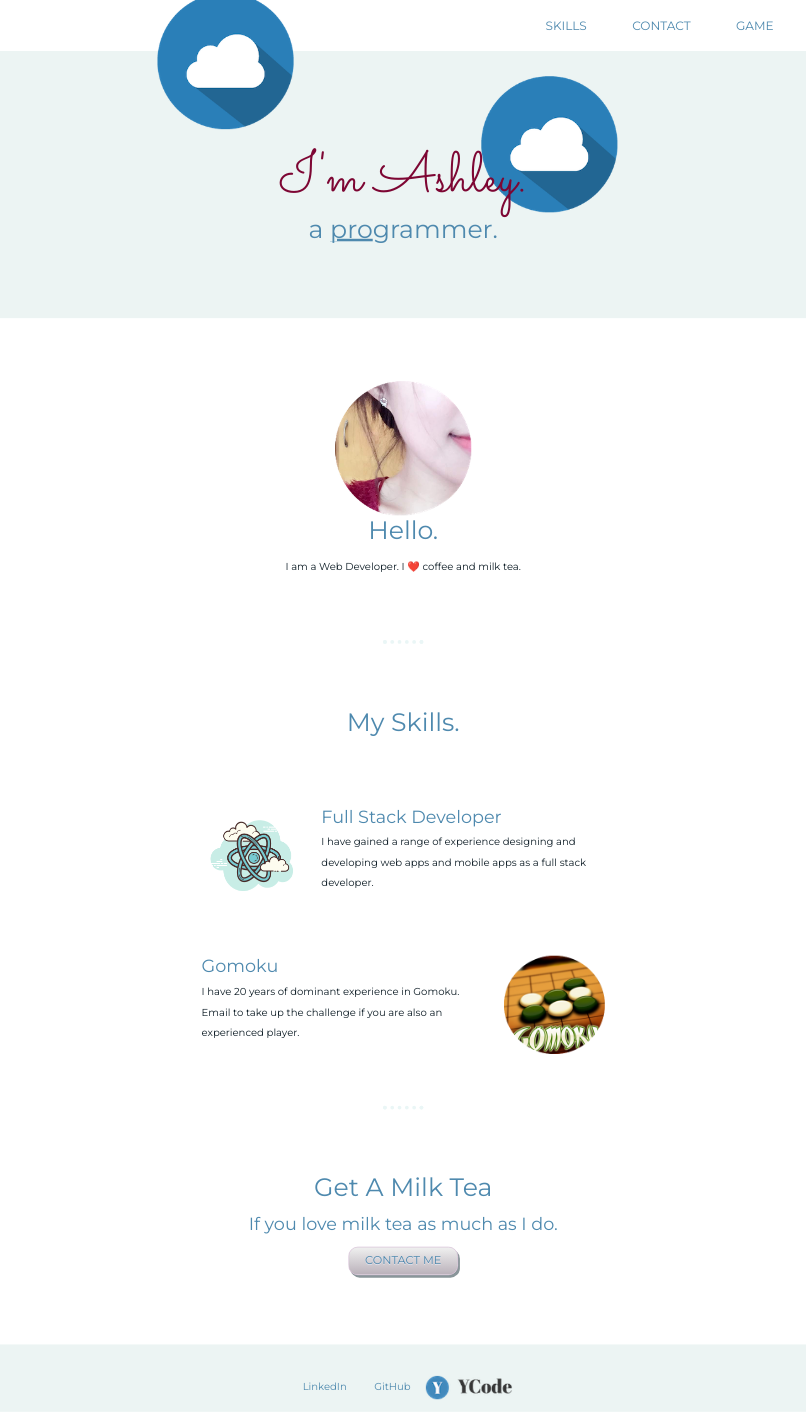
Repository: nosugarpls/YCode-my-website
Page: index.html
An editor plug-in stored every save of this project. The page is shown before and after the next save, followed by the edit.
The browser window is 1280 px wide. The pictures show the whole page, at 63% of full size.

Above is the page before, as saved 2020-09-25 10:08:23.

After the next save:
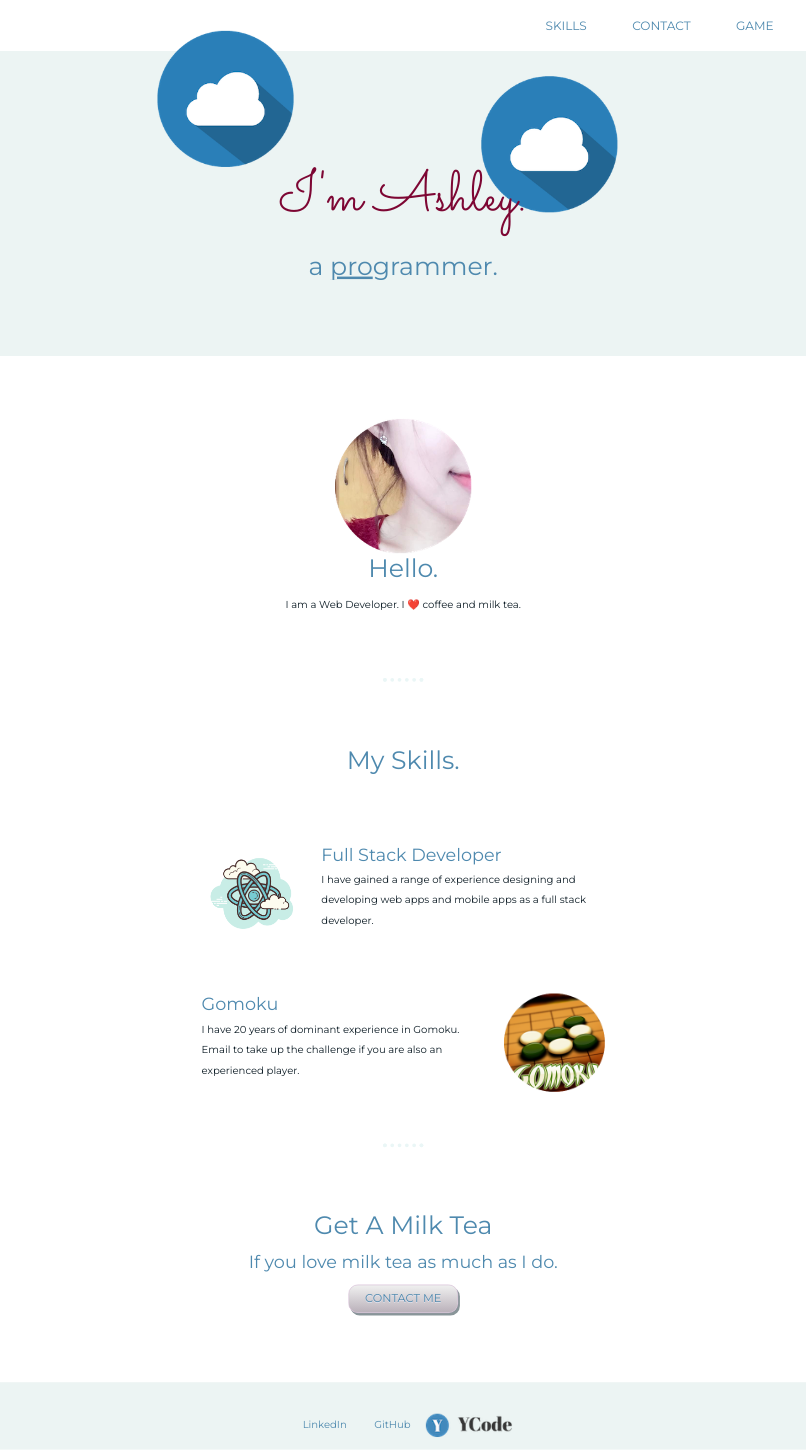
Saved 36 s later.
--- a/css/styles.css
+++ b/css/styles.css
@@ -45,6 +45,11 @@ a {
   font-family: 'Montserrat', sans-serif;
   margin: 10px 20px;
   text-decoration: none;
+}
+
+.big-title {
+  padding-top: 30px;
+  padding-bottom: 30px;
 }
 
 
